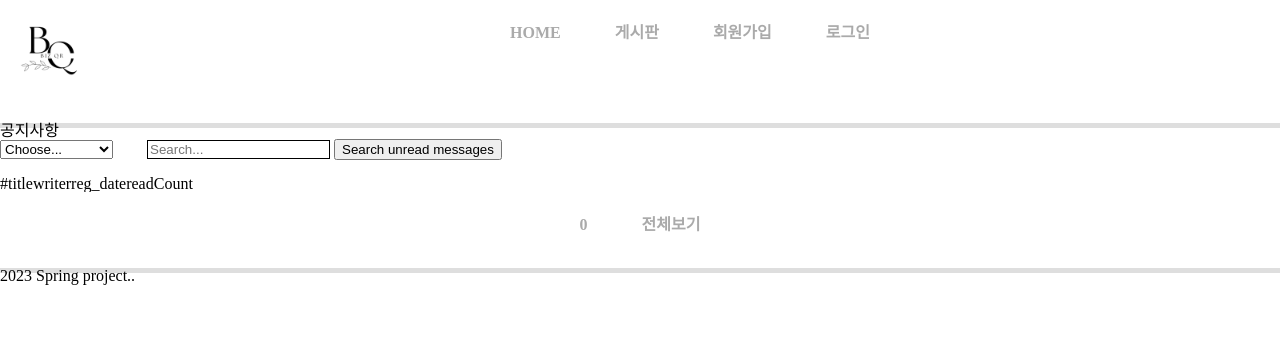
Repository: Skylee-1996/springSelf
Page: http://localhost/spring_test2/WEB-INF/views/board/list.jsp
The author's editor kept a copy of each file at every save. The page is drawn from the files as they stood at one save, then again after the next save.
The browser window is 1280 px wide. The pictures show the whole page.
The page is served by Tomcat 9. Nobody is signed in. The template is opened directly, without the code that normally fills it, so the values that code supplies are empty.

Above is the page before, as saved 2024-01-18 02:23:26.
Console error: TypeError: Cannot read properties of null (reading 'addEventListener')

After the next save:
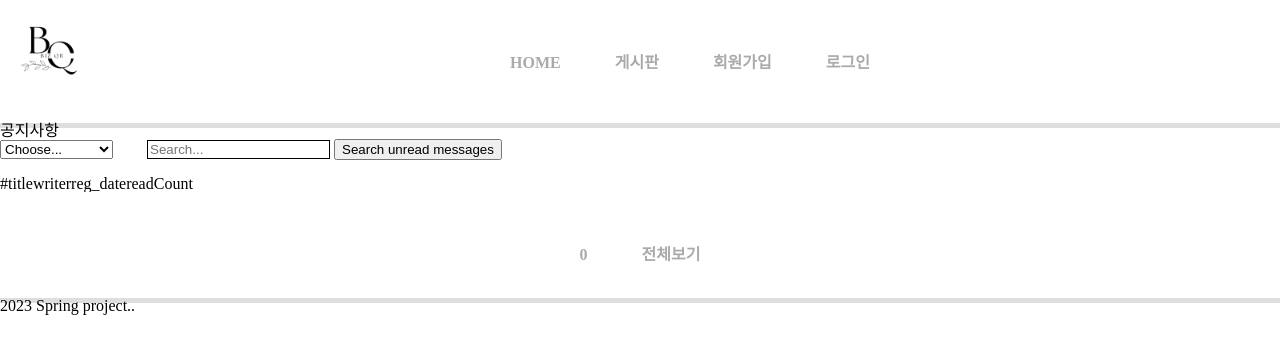
Saved 4 s later.
--- a/spring_test2/src/main/webapp/resources/css/nav.css
+++ b/spring_test2/src/main/webapp/resources/css/nav.css
@@ -21,7 +21,7 @@ nav ul {
   list-style: none;
   text-align: center;
   align-items: center;
-  margin: 10px 0px 0px 0px;
+  margin: 40px 0px 0px 0px;
 }
 nav ul li {
   display: inline-block;
